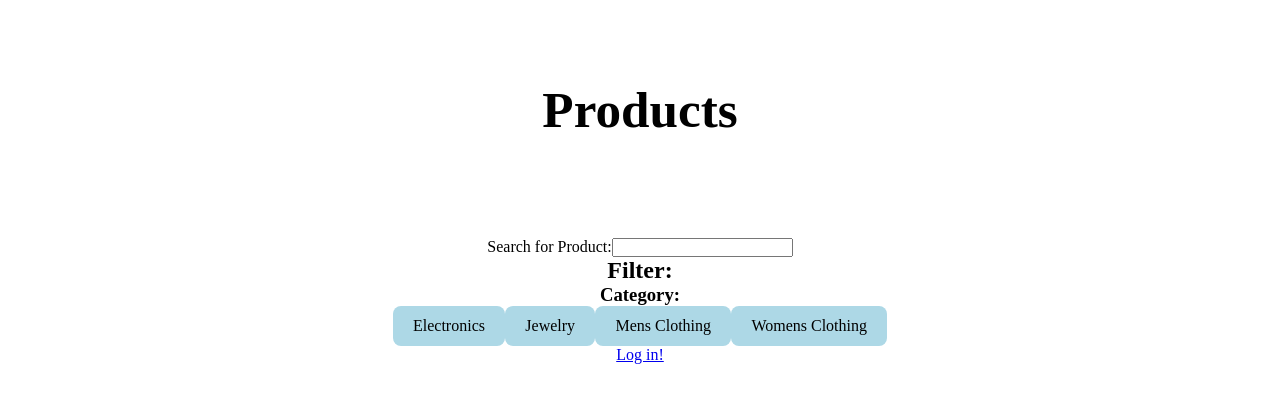
Repository: Andres513/CapStone
Page: /
The author's editor kept a copy of each file at every save. The page is drawn from the files as they stood at one save, then again after a run of saves.
The browser window is 1280 px wide. The pictures show the whole page.
The page's requests for data from a server got no answer. The project was rebuilt for these pictures with package versions that can differ from the ones it lists, and the page was loaded fresh each time. No one was signed in, and anything a server would have sent is missing. Also part of the build but not shown: vite.config.js, src/components/Login.jsx, src/components/SingleProduct.jsx.

Above is the page before, as saved 2024-04-03 12:04:15.

After the next 2 saves:
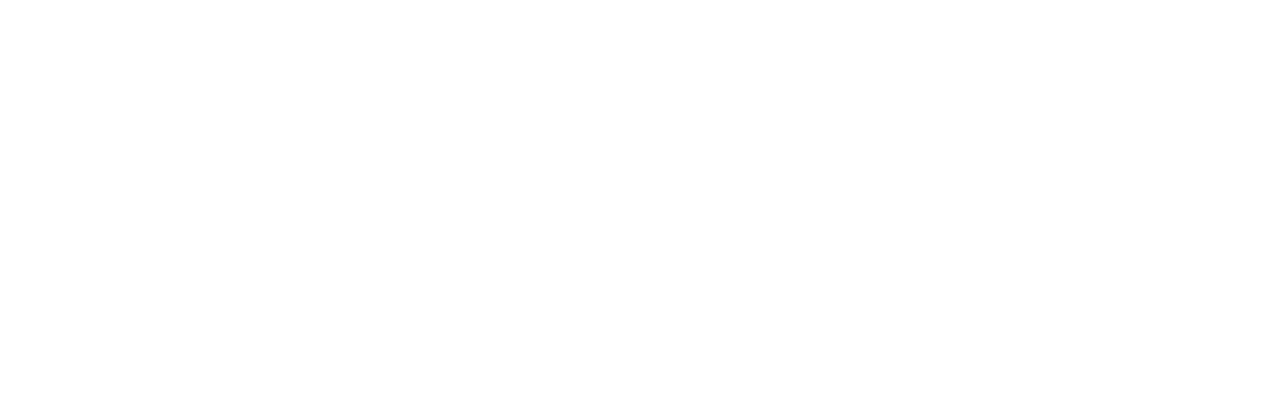
Console error: TypeError: priceRange is not a function
The 2 saves are shown as one change because 1 did not build or start.
The last was saved 8 min 7 s later.
--- a/src/components/Filter.jsx
+++ b/src/components/Filter.jsx
@@ -7,14 +7,16 @@
 
     return (
         <div>
-            <h2>Filter:</h2>
             <div>
-            <h3>Category:</h3>
             {categories.map((category, index) => (
                 <button key={index} onClick={() => filterCategory(category)} className="dot">{category}</button>
             ))}
             </div>
-
+                <div>
+                    {priceRange((price, index) => (
+                        <button key={index} onClick={() => filterPrice(price)}className="dot">{price}</button>
+                    ))}
+                </div>
         </div>
     )
 }

After the 4 saves that followed:
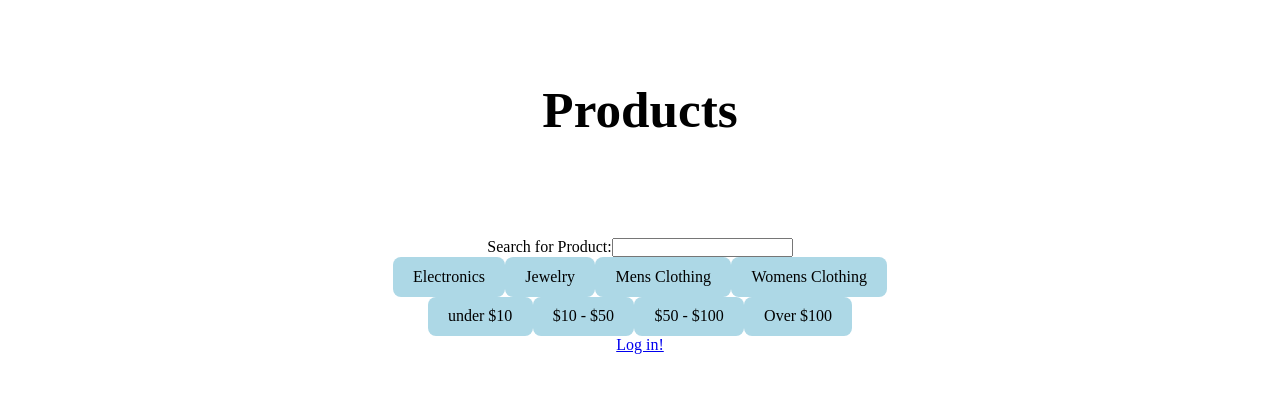
The error is gone.
The 4 saves are shown as one change because 3 left the picture as it was.
The last was saved 9 min 23 s later.
--- a/src/components/Filter.jsx
+++ b/src/components/Filter.jsx
@@ -13,8 +13,8 @@
             ))}
             </div>
                 <div>
-                    {priceRange((price, index) => (
-                        <button key={index} onClick={() => filterPrice(price)}className="dot">{price}</button>
+                    {priceRange.map((price, index) => (
+                        <button key={index} onClick={() => filterPrice(price)} className="dot">{price}</button>
                     ))}
                 </div>
         </div>
